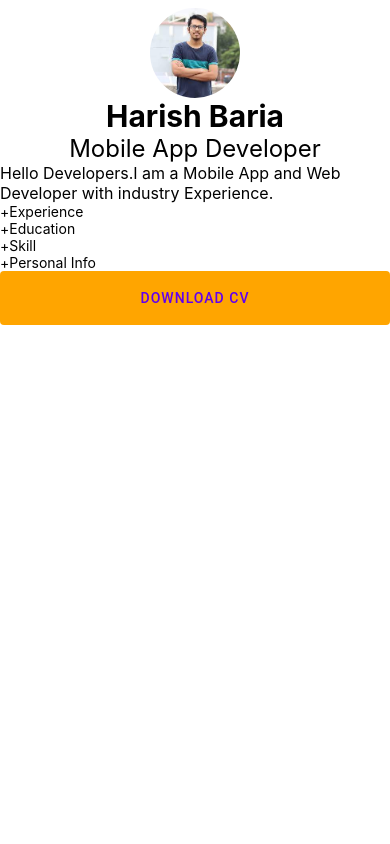
Repository: harishbariya/React-Native-ui-desiign
Screen: /
The author's editor kept a copy of each file at every save. The screen is drawn from the files as they stood at one save, then again after the next save.
The app was drawn by React Native's web renderer in a window 390 px wide. The project was rebuilt for these pictures with package versions that can differ from the ones it lists, and the page was loaded fresh each time.

Above is the screen before, as saved 2021-11-17 15:00:29.

After the next save:
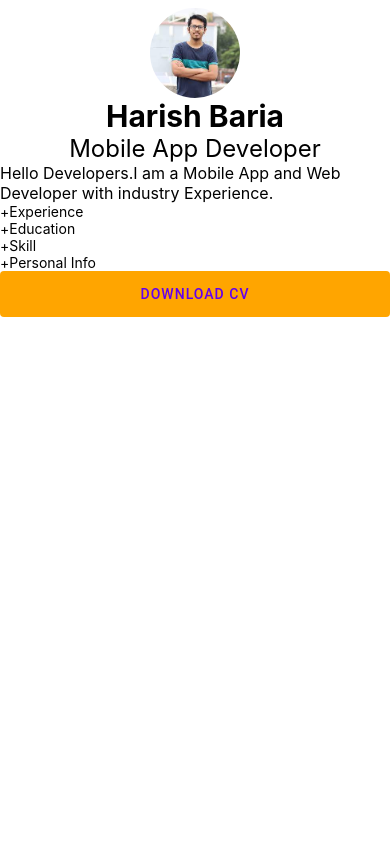
Saved 5 s later.
--- a/App.js
+++ b/App.js
@@ -39,7 +39,7 @@ class App extends Component
 
 
           <View>
-            <Button style={{backgroundColor:"orange",padding:10}}>Download CV</Button>
+            <Button style={{backgroundColor:"orange",padding:6}}>Download CV</Button>
           </View>
       </View>
 
